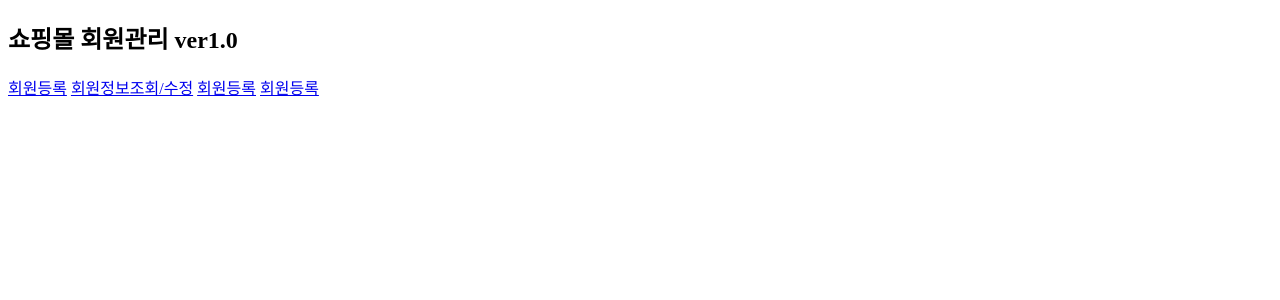
Repository: brightjy/Today-what-I-practiced
Page: http://localhost/HRD_7/view/header.jsp
The author's editor kept a copy of each file at every save. The page is drawn from the files as they stood at one save, then again after the next save.
The browser window is 1280 px wide. The pictures show the whole page.
The page is served by Tomcat 9.

Above is the page before, as saved 2020-05-18 11:27:35.

After the next save:
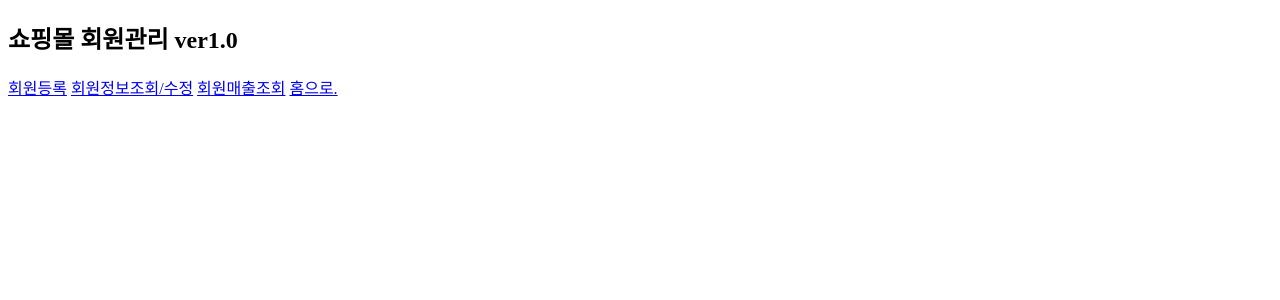
Saved 25 s later.
--- a/hrdkorea_0518/HRD_7/WebContent/view/header.jsp
+++ b/hrdkorea_0518/HRD_7/WebContent/view/header.jsp
@@ -14,8 +14,8 @@
 <nav>
 	<a href="<%=conPath %>/view/register.jsp">회원등록</a>
 	<a href="<%=conPath %>/view/memberList.jsp">회원정보조회/수정</a>
-	<a href="<%=conPath %>/view/register.jsp">회원등록</a>
-	<a href="<%=conPath %>/view/register.jsp">회원등록</a>
+	<a href="<%=conPath %>/view/sumPriceList.jsp">회원매출조회</a>
+	<a href="<%=conPath %>/view/main.jsp">홈으로.</a>
 </nav>
 </body>
 </html>
